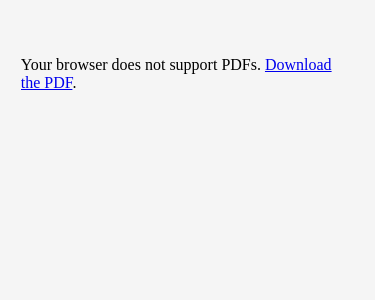
Repository: aaurdanet/Portfolio
Page: cv/resume_index.html
These files come from the project's save history. The page is drawn as it stood at one moment and after the next save; the edit follows.
The browser window is 375 px wide. The pictures show the whole page.

Above is the page before, as saved 2024-10-28 00:27:42.

After the next save:
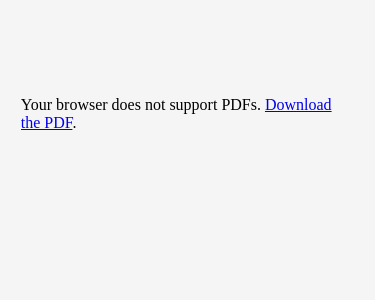
Saved 2 min 58 s later.
--- a/cv/resume_index.html
+++ b/cv/resume_index.html
@@ -37,6 +37,12 @@
         }
 
         /* Media query adjustments */
+        @media (max-width: 1200px) {
+            .pdf-container object {
+                max-width: 90%;
+            }
+        }
+
         @media (max-width: 768px) {
             .pdf-container {
                 padding: 5%; /* Adds some padding on mobile */
@@ -44,6 +50,12 @@
             .pdf-container object {
                 max-width: 100%; /* Ensures full width on mobile */
                 max-height: 90vh; /* Ensures full height on mobile */
+            }
+        }
+
+        @media (max-width: 480px) {
+            .pdf-container object {
+                max-height: 80vh; /* Reduces height on smaller mobile screens */
             }
         }
     </style>
